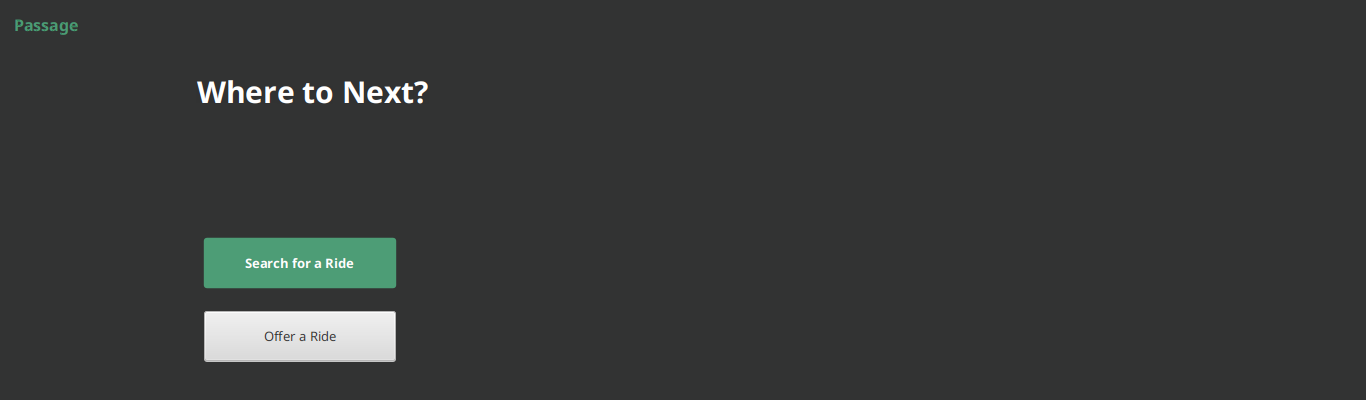
Repository: amyyyyphan/Passage
Program's window: java PassageApp/application/Main.java
These files come from the project's save history. The program's window is drawn as it stood at one moment and after the next save; the edit follows.
It runs on Java 21 on a 1366 x 768 screen with JavaFX 11; the title bar is not drawn. Parts beyond the screen are cut off.

Above is the program's window before, as saved 2019-10-21 07:48:59.

After the next save:
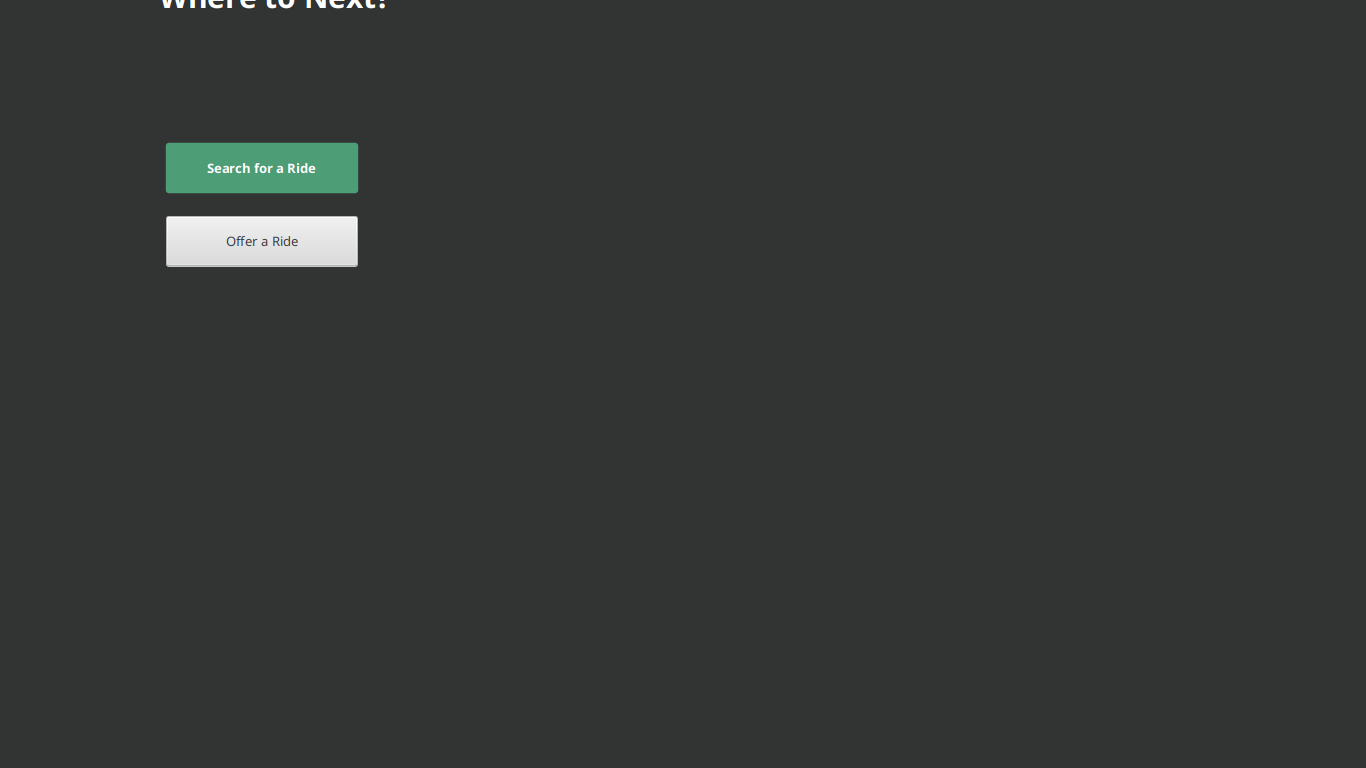
Saved 51 s later.
--- a/PassageApp/application/Main.java
+++ b/PassageApp/application/Main.java
@@ -7,7 +7,6 @@
 import javafx.stage.Stage;
 import javafx.scene.Parent;
 import javafx.scene.Scene;
-import javafx.scene.layout.BorderPane;
 
 
 public class Main extends Application {
@@ -17,8 +16,7 @@
 	public void start(Stage primaryStage) {
 		try {
 			Parent root = FXMLLoader.load(getClass().getResource("/application/Home.fxml"));
-			//BorderPane root = new BorderPane();
-			Scene scene = new Scene(root,600,400);
+			Scene scene = new Scene(root, 1440, 1024);
 			scene.getStylesheets().add(getClass().getResource("application.css").toExternalForm());
 			primaryStage.setScene(scene);
 			primaryStage.show();

After the 2 saves that followed:
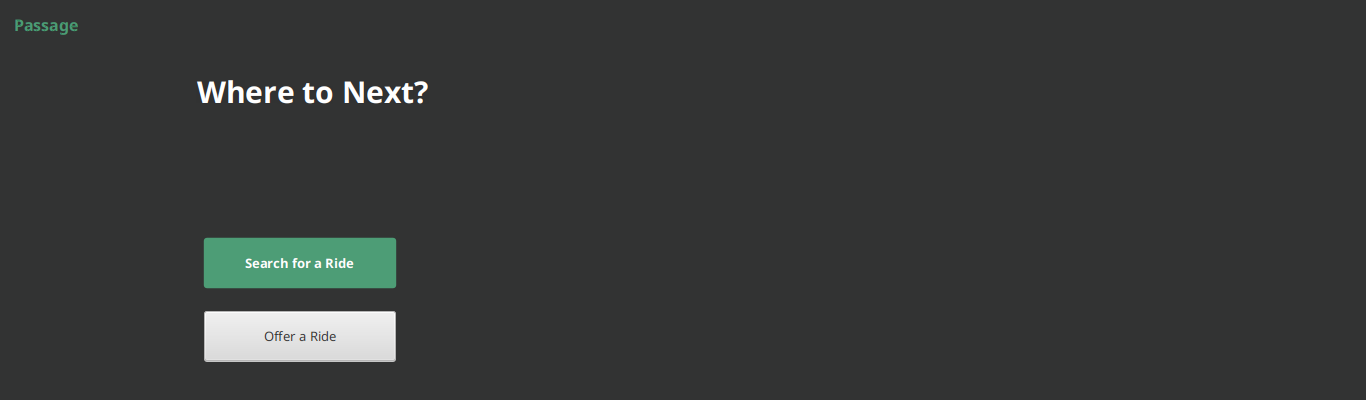
The 2 saves are shown as one change because 1 left the picture as it was.
The last was saved 2 min 13 s later.
--- a/PassageApp/application/Main.java
+++ b/PassageApp/application/Main.java
@@ -16,7 +16,7 @@
 	public void start(Stage primaryStage) {
 		try {
 			Parent root = FXMLLoader.load(getClass().getResource("/application/Home.fxml"));
-			Scene scene = new Scene(root, 1440, 1024);
+			Scene scene = new Scene(root); //, 1440, 1024);
 			scene.getStylesheets().add(getClass().getResource("application.css").toExternalForm());
 			primaryStage.setScene(scene);
 			primaryStage.show();
--- a/PassageApp/application/MainController.java
+++ b/PassageApp/application/MainController.java
@@ -33,7 +33,7 @@
 
 		if (event.getSource() == search) {
 			Parent searchPageParent = FXMLLoader.load(getClass().getResource("Search.fxml"));
-			Scene scene = new Scene(searchPageParent,1440,1024);
+			Scene scene = new Scene(searchPageParent, 600, 400);
 
 			scene.getStylesheets().add(getClass().getResource("application.css").toExternalForm());
 			window.setScene(scene);
